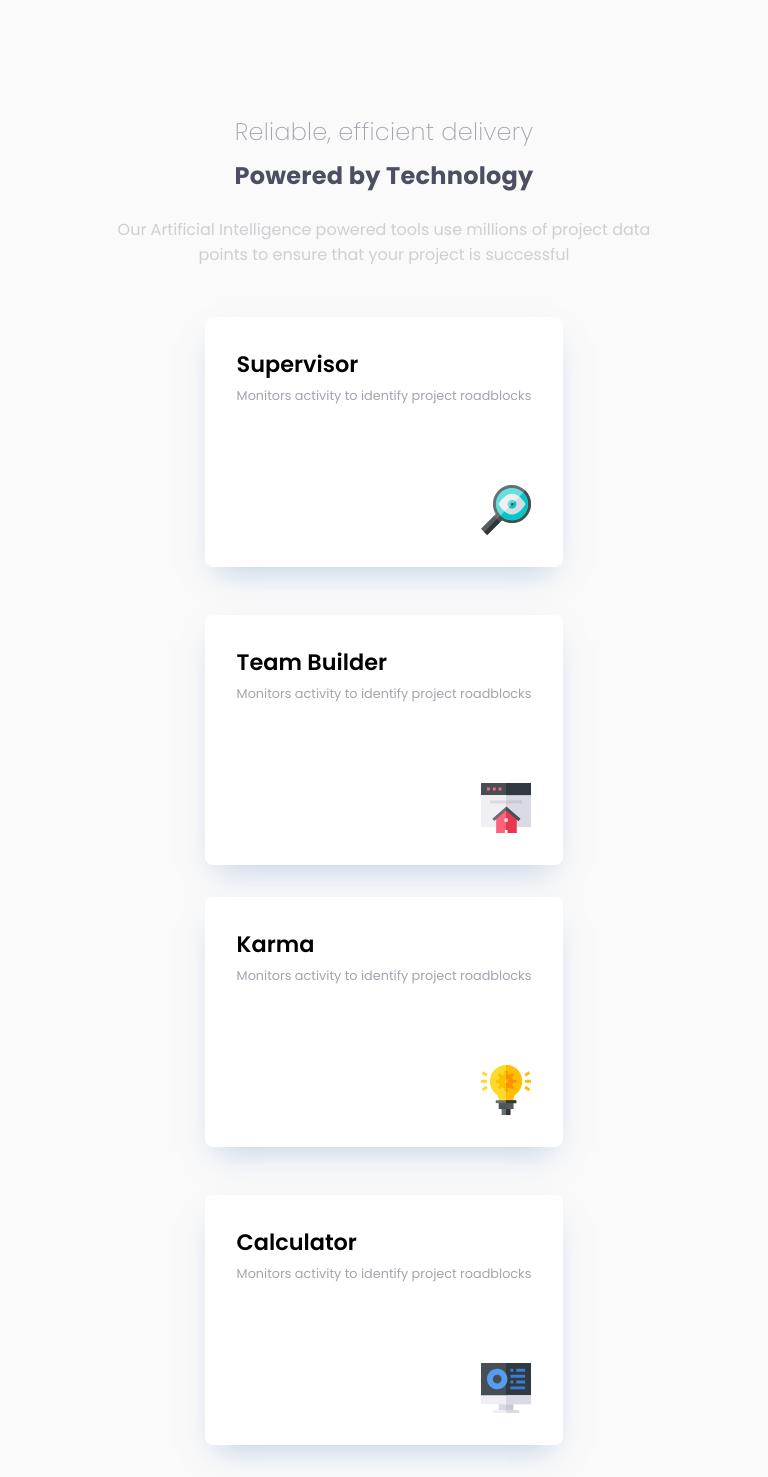
Repository: brandontaylor1/four-card-feature
Page: index.html
The author's editor kept a copy of each file at every save. The page is drawn from the files as they stood at one save, then again after the next save.
The browser window is 768 px wide. The pictures show the whole page.

Above is the page before, as saved 2025-01-10 19:32:38.

After the next save:
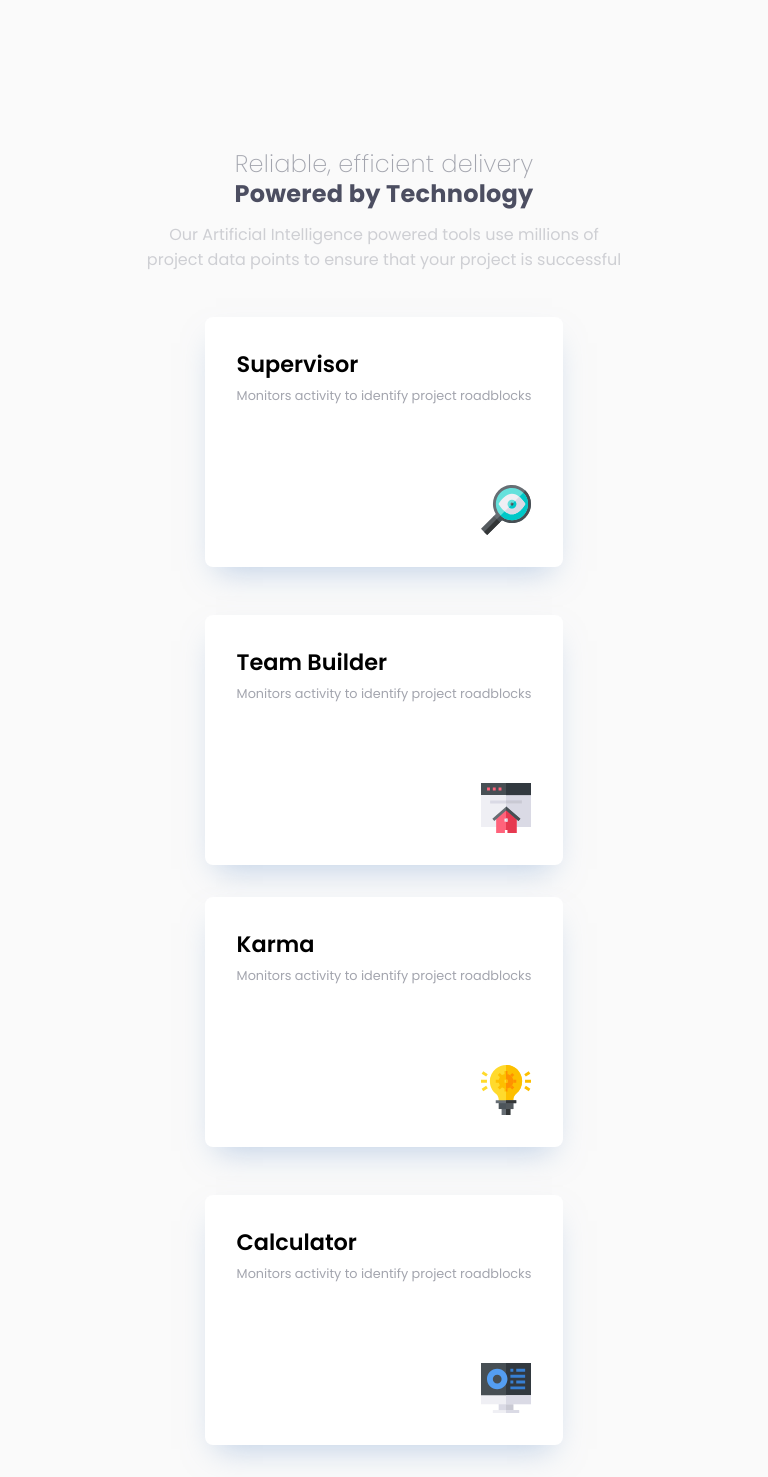
Saved 11 s later.
--- a/styles.css
+++ b/styles.css
@@ -120,6 +120,7 @@
 
     .page-content {
         margin-top: 85px;
+        padding: 32px;
     }
 
     .page-content h1 {

After the save that followed:
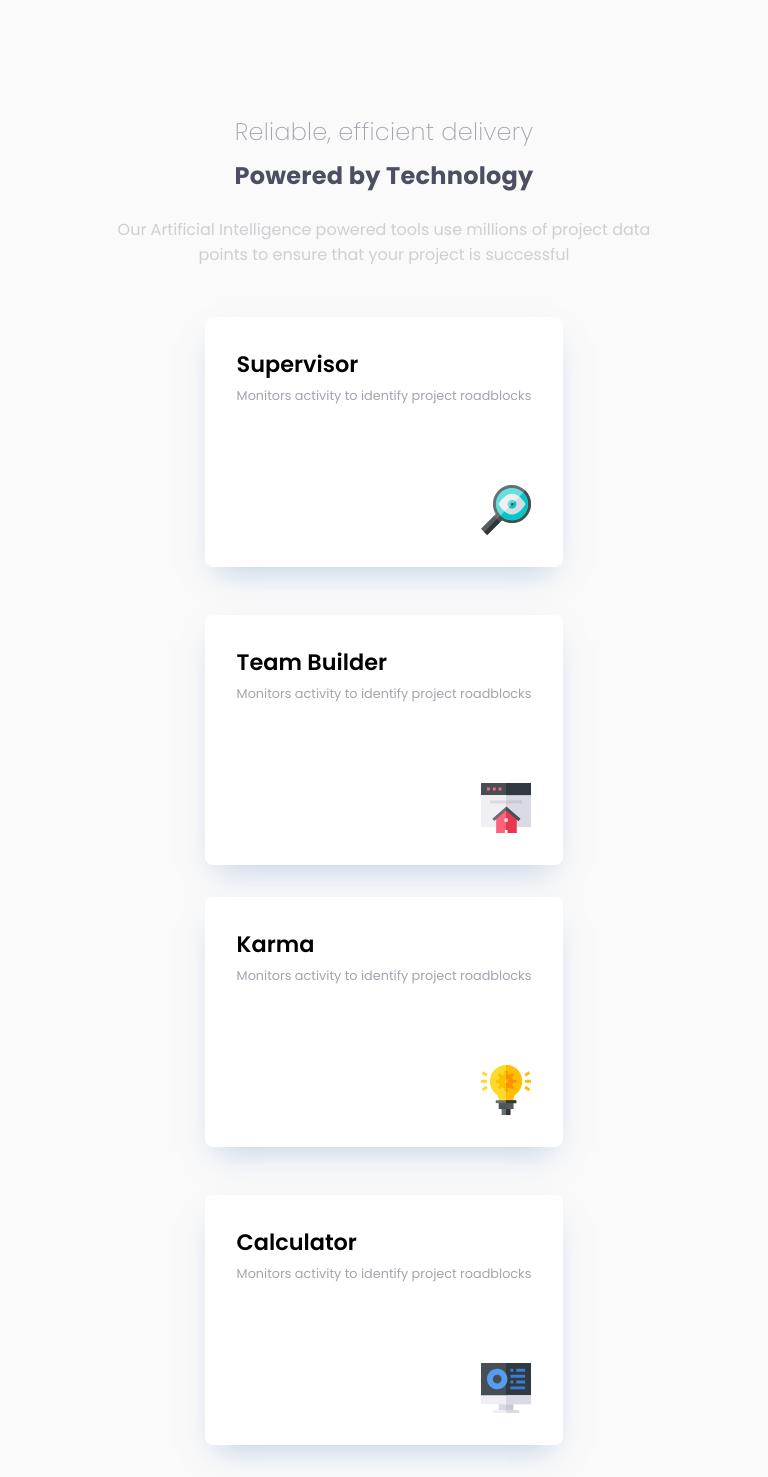
Saved 9 s later.
--- a/styles.css
+++ b/styles.css
@@ -120,7 +120,6 @@
 
     .page-content {
         margin-top: 85px;
-        padding: 32px;
     }
 
     .page-content h1 {
